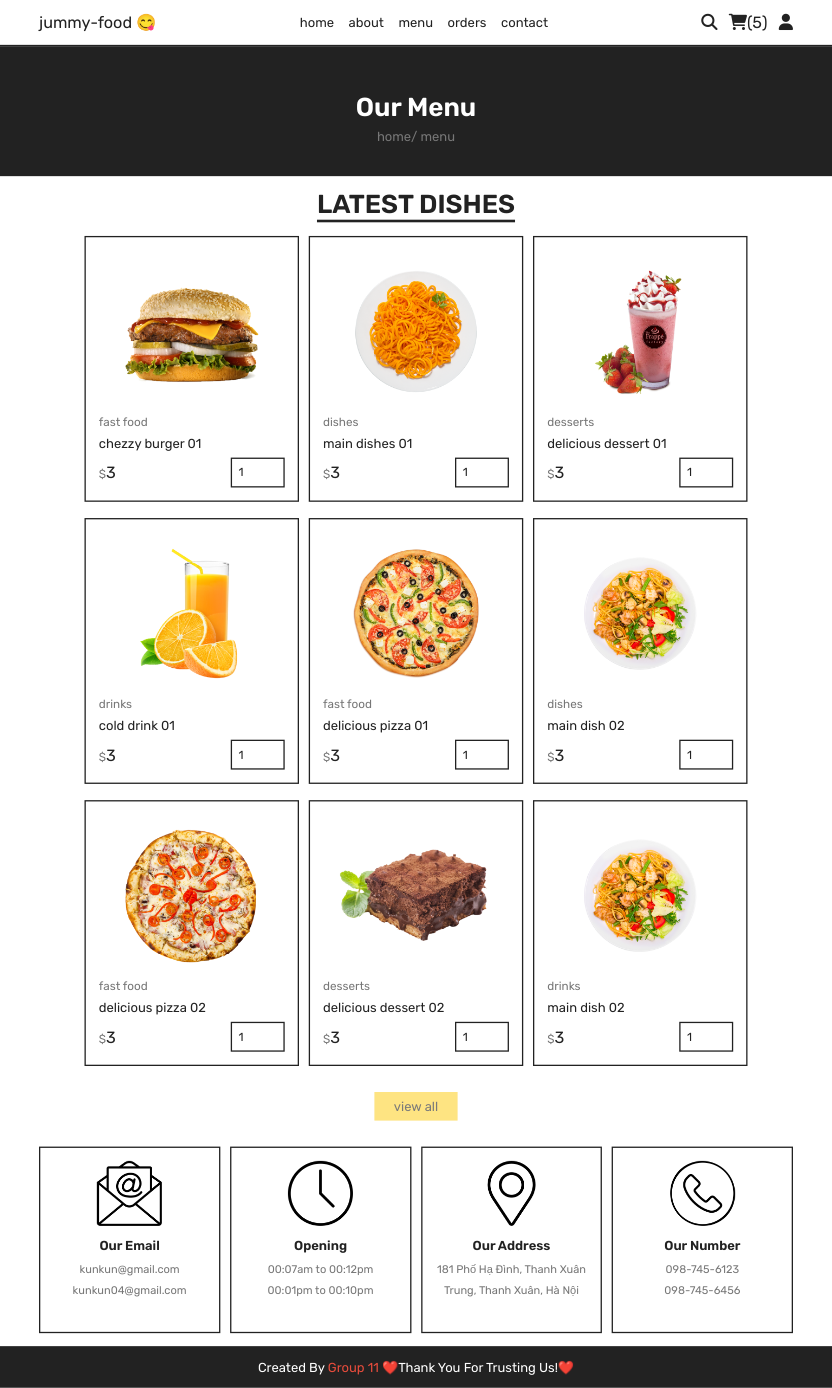
Repository: VuongLinhDinh/jummy_food
Page: menu.html
The author's editor kept a copy of each file at every save. The page is drawn from the files as they stood at one save, then again after the next save.
The browser window is 1280 px wide. The pictures show the whole page, at 65% of full size.
Some web libraries are served in a nearby version.

Above is the page before, as saved 2023-11-09 23:16:03.

### menu.html
<!DOCTYPE html>
<html lang="en">
<head>
    <meta charset="UTF-8">
    <meta name="viewport" content="width=device-width, initial-scale=1.0">
    <title>Menu</title>
    <!-- font awesome cdn link -->
    <link rel="stylesheet" href="https://cdnjs.cloudflare.com/ajax/libs/font-awesome/6.1.1/css/all.min.css">
    <!-- custom css -->
    <link rel="stylesheet" href="./css/style.css">
</head>
<body>
    <!-- header section starts  -->
    <header class="header">
        <section class="flex">
            <a href="home.html" class="logo">jummy-food 😋</a>
            <nav class="navbar">
                <a href="home.html">home</a>
                <a href="about.html">about</a>
                <a href="menu.html">menu</a>
                <a href="orders.html">orders</a>
                <a href="contact.html">contact</a>
            </nav>
            <div class="icons">
                <a href="search.html"><i class="fas fa-search"></i></a>
                <a href="cart.html"><i class="fas fa-shopping-cart"></i><span>(5)</span></a>
                <div id="user-btn" class="fas fa-user"></div>
                <div id="menu-btn" class="fas fa-bars"></div>
            </div>
            <div class="profile">
                <p class="name">Kun Aquero</p>
                <div class="flex">
                    <a href="profile.html" class="btn">profile</a>
                    <a href="#" class="delete-btn">logout</a>
                </div>
                <p class="account"><a href="login.html">login</a> or <a href="login.html">register</a></p>
            </div>
        </section>
    </header>
    <!-- header section end  -->
    <div class="heading">
        <h3>our menu</h3>
        <p><a href="home.html">home</a><span>/ menu</span></p>
    </div>
    <!-- menu section starts  -->
    <section class="products">
        <h1 class="title">latest dishes</h1>
        <div class="box-container">
            <form action="#" method="post" class="box">
                <button type="submit" class="fas fa-eye" name="quick_view"></button>
                <button type="submit" class="fas fa-shopping-cart" name="add_to_cart"></button>
                <img src="uploaded_img/burger-1.png" alt="">
                <a href="#" class="cat">fast food</a>
                <div class="name">chezzy burger 01</div>
                <div class="flex">
                    <div class="price"><span>$</span>3</div>
                    <input type="number" class="qty" name="qty" min="1" max="99" value="1"
                    onkeypress="if(this.value.length == 2) return false;">
                </div>
            </form>
            <form action="#" method="post" class="box">
                <button type="submit" class="fas fa-eye" name="quick_view"></button>
                <button type="submit" class="fas fa-shopping-cart" name="add_to_cart"></button>
                <img src="uploaded_img/dish-1.png" alt="">
                <a href="#" class="cat">dishes</a>
                <div class="name">main dishes 01</div>
                <div class="flex">
                    <div class="price"><span>$</span>3</div>
                    <input type="number" class="qty" name="qty" min="1" max="99" value="1"
                    onkeypress="if(this.value.length == 2) return false;">
                </div>
            </form>
            <form action="#" method="post" class="box">
                <button type="submit" class="fas fa-eye" name="quick_view"></button>
                <button type="submit" class="fas fa-shopping-cart" name="add_to_cart"></button>
                <img src="uploaded_img/dessert-1.png" alt="">
                <a href="#" class="cat">desserts</a>
                <div class="name">delicious dessert 01</div>
                <div class="flex">
                    <div class="price"><span>$</span>3</div>
                    <input type="number" class="qty" name="qty" min="1" max="99" value="1"
                    onkeypress="if(this.value.length == 2) return false;">
                </div>
            </form>
            <form action="#" method="post" class="box">
                <button type="submit" class="fas fa-eye" name="quick_view"></button>
                <button type="submit" class="fas fa-shopping-cart" name="add_to_cart"></button>
                <img src="uploaded_img/drink-1.png" alt="">
                <a href="#" class="cat">drinks</a>
                <div class="name">cold drink 01</div>
                <div class="flex">
                    <div class="price"><span>$</span>3</div>
                    <input type="number" class="qty" name="qty" min="1" max="99" value="1"
                    onkeypress="if(this.value.length == 2) return false;">
                </div>
            </form>
            <form action="#" method="post" class="box">
                <button type="submit" class="fas fa-eye" name="quick_view"></button>
                <button type="submit" class="fas fa-shopping-cart" name="add_to_cart"></button>
                <img src="uploaded_img/pizza-1.png" alt="">
                <a href="#" class="cat">fast food</a>
                <div class="name">delicious pizza 01</div>
                <div class="flex">
                    <div class="price"><span>$</span>3</div>
                    <input type="number" class="qty" name="qty" min="1" max="99" value="1"
                    onkeypress="if(this.value.length == 2) return false;">
                </div>
            </form>
            <form action="#" method="post" class="box">
                <button type="submit" class="fas fa-eye" name="quick_view"></button>
                <button type="submit" class="fas fa-shopping-cart" name="add_to_cart"></button>
                <img src="uploaded_img/dish-2.png" alt="">
                <a href="#" class="cat">dishes</a>
                <div class="name">main dish 02</div>
                <div class="flex">
                    <div class="price"><span>$</span>3</div>
                    <input type="number" class="qty" name="qty" min="1" max="99" value="1"
                    onkeypress="if(this.value.length == 2) return false;">
                </div>
            </form>
            <form action="#" method="post" class="box">
                <button type="submit" class="fas fa-eye" name="quick_view"></button>
                <button type="submit" class="fas fa-shopping-cart" name="add_to_cart"></button>
                <img src="uploaded_img/pizza-2.png" alt="">
                <a href="#" class="cat">fast food</a>
                <div class="name">delicious pizza 02</div>
                <div class="flex">
                    <div class="price"><span>$</span>3</div>
                    <input type="number" class="qty" name="qty" min="1" max="99" value="1"
                    onkeypress="if(this.value.length == 2) return false;">
                </div>
            </form>
            <form action="#" method="post" class="box">
                <button type="submit" class="fas fa-eye" name="quick_view"></button>
                <button type="submit" class="fas fa-shopping-cart" name="add_to_cart"></button>
                <img src="uploaded_img/dessert-2.png" alt="">
                <a href="#" class="cat">desserts</a>
                <div class="name">delicious dessert 02</div>
                <div class="flex">
                    <div class="price"><span>$</span>3</div>
                    <input type="number" class="qty" name="qty" min="1" max="99" value="1"
                    onkeypress="if(this.value.length == 2) return false;">
                </div>
            </form>
            <form action="#" method="post" class="box">
                <button type="submit" class="fas fa-eye" name="quick_view"></button>
                <button type="submit" class="fas fa-shopping-cart" name="add_to_cart"></button>
                <img src="uploaded_img/dish-2.png" alt="">
                <a href="#" class="cat">drinks</a>
                <div class="name">main dish 02</div>
                <div class="flex">
                    <div class="price"><span>$</span>3</div>
                    <input type="number" class="qty" name="qty" min="1" max="99" value="1"
                    onkeypress="if(this.value.length == 2) return false;">
                </div>
            </form>
        </div>
        <div class="more-btn">
            <a href="menu.html" class="btn">view all</a>
        </div>
    </section>
    <!-- menu section end  -->

    <!-- footer section starts  -->
    <footer class="footer">
        <section class="grid">
            <div class="box">
                <img src="images/email-icon.png" alt="">
                <h3>our email</h3>
                <a href="mailto:kunkun@gmail.com">kunkun@gmail.com</a>
                <a href="mailto:kun04@gmail.com">kunkun04@gmail.com</a>
            </div>

            <div class="box">
                <img src="images/clock-icon.png" alt="">
                <h3>opening</h3>
                <p>
                    00:07am to 00:12pm
                    00:01pm to 00:10pm
                </p>
            </div>

            <div class="box">
                <img src="images/map-icon.png" alt="">
                <h3>our address</h3>
                <a href="https://www.google.com/maps/place/181+P.+H%E1%BA%A1+%C4%90%C3%ACnh,+H%E1%BA%A1+%C4%90%C3%ACnh,+Thanh+Xu%C3%A2n,+H%C3%A0+N%E1%BB%99i,+Vi%E1%BB%87t+Nam/@20.9891313,105.8056888,17z/data=!3m1!4b1!4m5!3m4!1s0x3135ac952468595f:0xd4c0347109838030!8m2!3d20.9891263!4d105.8082691?hl=vi-VN&entry=ttu">181 Phố Hạ Đình, Thanh Xuân Trung, Thanh Xuân, Hà Nội</a>
            </div>

            <div class="box">
                <img src="images/phone-icon.png" alt="">
                <h3>our number</h3>
                <a href="tel:0987456123">098-745-6123</a>
                <a href="tel:0987456456">098-745-6456</a>
            </div>
        </section>
        <div class="credit">created by <span>group 11</span> ❤️Thank you for trusting us!❤️</div>
    </footer>
    <!-- footer section end  -->
    <!-- custom js file -->
    <script src="./js/script.js"></script>
</body>
</html>

### css/style.css
@import url('https://fonts.googleapis.com/css2?family=Nunito:wght@200;300;400;600;700&family=Rubik:wght@300;400;500;600&display=swap');
:root {
    --yellow: #fed330;
    --red: #e74c3c;
    --white: #fff;
    --black: #222;
    --light-color: #777;
    --border: .2rem solid var(--black);
}
*{
    font-family: 'Rubik', sans-serif;
    margin: 0; padding: 0;
    box-sizing: border-box;
    outline: none; border: none;
    text-decoration: none;
}
*::selection {
    background-color: var(--yellow);
    color: var(--white);
}
::-webkit-scrollbar {
    height: 0.5rem;
    width: 1rem;
}
::-webkit-scrollbar-track {
    background-color: transparent;
}
::-webkit-scrollbar-thumb {
    background-color: var(--yellow);
}
html {
    font-size:  62.5%;
    overflow-x: hidden;
    scroll-behavior: smooth;
    stop-opacity: 7rem;
}
section {
    margin: 0 auto;
    max-width: 1200px;
    padding: 2rem;
}
.title {
    text-align: center;
    margin-bottom: 2.5rem;
    font-size: 4rem;
    color: var(--black);
    text-transform: uppercase;
    text-decoration: underline;
    text-underline-offset: 1rem;
}
.heading {
    display: flex;
    align-items: center;
    justify-content: center;
    gap: 1rem;
    flex-flow: column;
    background-color: var(--black);
    min-height: 20rem;
}
.heading h3 {
    font-size: 4rem;
    color: var(--white);
    text-transform: capitalize;
    margin-top: 2rem;
}
.heading p {
    font-size: 2rem;
}
.heading p a {
    color: var(--light-color);
}
.heading p a:hover {
    text-decoration: underline;
    color: var(--yellow);
}
.heading p span {
    color: var(--light-color);
}
.btn, .delete-btn {
    margin-top: 1rem;
    display: inline-block;
    font-size: 2rem;
    padding: 1rem 3rem;
    opacity: .6;
    cursor: pointer;
}
.btn:hover, .delete-btn:hover {
    /* letter-spacing: .2rem; */
    transition:  .2s linear;
    opacity: 1;
}
.btn {
    background-color: var(--yellow);
    color: var(--black);
}
.delete-btn {
    background-color: var(--red);
    color: var(--white);
}
.header {
    position: sticky;
    top: 0; left: 0; right: 0;
    z-index: 1000;
    background-color: var(--white);
    border-bottom: var(--border);
}
.header .flex {
    display: flex;
    align-items: center;
    justify-content: space-between;
    position: relative;
}
.header .flex .logo {
    font-size: 2.5rem;
    color: var(--black);
}
.header .flex .navbar a {
    font-size: 2rem;
    color: var(--black);
    margin: 0 1rem;

}
.header .flex .navbar a:hover {
    color: var(--yellow);
    text-decoration: underline;
}
.header .flex .icons > * {
    margin-left: 1.5rem;
    font-size: 2.5rem;
    color: var(--black);
    cursor: pointer;
}
.header .flex .icons > *:hover {
    color: var(--yellow);
}
#menu-btn {
    display: none;
}
.header .flex .profile {
    background-color: var(--white);
    border: var(--border);
    padding: 1.5rem;
    text-align: center;
    position: absolute;
    top: 125%; right: 2rem;
    width: 30rem;
    display: none;
    animation: fadeIn .2s linear;
}
.header .flex .profile.active {
    display: block;
}
@keyframes fadeIn {
    0% {
        transform: translateY(1rem);
    }
}
.header .flex .profile .name {
    font-size: 2rem;
    color: var(--black);
    margin-bottom: 1rem;
}
.header .flex .profile .account {
    margin-top: 1rem;
    font-size: 2rem;
    color: var(--light-color);
}
.header .flex .profile .account a {
    color: var(--black);
}
.header .flex .profile .account a:hover {
    color: var(--yellow);
    text-decoration: underline;
}
.hero .slide {
    display: flex;
    align-items: center;
    flex-wrap: wrap-reverse;
    gap: 2rem;
    margin-bottom: 4rem;
}
.hero .slide .image {
    flex: 1 1 40rem;
}
.hero .slide .image img {
    width: 100%;
}
.hero .slide .content {
    flex: 1 1 40rem;
    text-align: center;
}
.hero .slide .content span {
    font-size: 2.5rem;
    color: var(--light-color);
}
.hero .slide .content h3 {
    margin: 1rem 0;
    font-size: 6rem;
    color: var(--black);
    text-transform: capitalize;
}
.swiper-pagination-bullet-active{
    background-color: var(--yellow);
}
.category .box-container {
    display: grid;
    grid-template-columns: repeat(auto-fit, minmax(27rem, 1fr));
    gap: 1.5rem;
    align-items: flex-start;
}
.category .box-container .box {
    border: var(--border);
    padding: 2rem;
    padding-bottom: 5rem;
    text-align: center;
}
.category .box-container .box img {
    width: 100%;
    height: 10rem;
    object-fit: contain;
}
.category .box-container .box h3 {
    font-size: 2rem;
    margin-top: 1.5rem;
    color: var(--black);
    text-transform: capitalize;
}
.category .box-container .box:hover {
    background-color: var(--black);
}
.category .box-container .box:hover img {
    filter: invert(1);
}
.category .box-container .box:hover h3 {
    color: var(--white);
}
.products .box-container {
    display: grid;
    grid-template-columns: repeat(auto-fit, 33rem);
    justify-content: center;
    align-items: flex-start;
    gap: 1.5rem;
}
.products .box-container .box {
    border: var(--border);
    padding: 2rem;
    position: relative;
    overflow: hidden;
    margin-bottom: 1rem;
}
.products .box-container .box img {
    width: 100%;
    height: 25rem;
    object-fit: contain;
}
.products .box-container .box .fa-eye,
.products .box-container .box .fa-shopping-cart {
    position: absolute;
    top: 1rem;
    height: 4.5rem; width: 4.5rem;
    line-height: 4.3rem;
    border: var(--border);
    background-color: var(--white);
    cursor: pointer;
    font-size: 2rem;
    color: var(--black);
    transition: .2s linear;
}
.products .box-container .box .fa-eye:hover,
.products .box-container .box .fa-shopping-cart:hover {
    background-color: var(--black);
    color: var(--white);
}
.products .box-container .box .fa-eye {
    left: -10rem;
}
.products .box-container .box .fa-shopping-cart {
    right: -10rem;
}
.products .box-container .box:hover .fa-eye {
    left: 1rem;
}
.products .box-container .box:hover .fa-shopping-cart {
    right: 1rem;
}
.products .box-container .box .cat {
    font-size: 1.8rem;
    color: var(--light-color);
}
.products .box-container .box .cat:hover {
    color: var(--black);
    text-decoration: underline;
}
.products .box-container .box .name {
    font-size: 2rem;
    color: var(--black);
    margin: 1rem 0;
}
.products .box-container .box .flex {
    display: flex;
    align-items: center;
    gap: 1.5rem;
    margin-top: 1rem;
}
.products .box-container .box .flex .price {
    margin-right: auto;
    font-size: 2.5rem;
    color: var(--black);
}
.products .box-container .box .flex .price span {
    color: var(--light-color);
    font-size: 1.8rem;

}
.products .box-container .box .flex .qty {
    padding: 1rem;
    border: var(--border);
    font-size: 1.8rem;
    color: var(--black);
}
.products .more-btn {
    margin-top: 2rem;
    text-align: center;
}
.about .row {
    display: flex;
    align-items: center;
    flex-wrap: wrap;
    gap: 1.5rem;
}
.about .row .image {
    flex: 1 1 40rem;
}
.about .row .image img {
    width: 100%;
}
.about .row .content {
    flex: 1 1 40rem;
    text-align: center;
}
.about .row .content h3{
    font-size: 3rem;
    color: var(--black);
    text-transform: capitalize;
    margin-bottom: 2rem;
}
.about .row .content p {
    padding: 1rem 0;
    line-height: 2;
    font-size: 1.8rem;
    color: var(--light-color);
}
.about .row .content a {
    text-transform: capitalize;

}
.steps .box-container {
    display: grid;
    grid-template-columns: repeat(auto-fit, minmax(30rem, 1fr));
    gap: 1.5rem;
    align-items: flex-start;
}
.steps .box-container .box {
    text-align: center;
    border: var(--border);
    padding: 2rem;
}
.steps .box-container .box img {
    height: 10rem;
    width: 100%;
    object-fit: contain;
}
.steps .box-container .box h3 {
    font-size: 2.3rem;
    margin: 1rem 0;
    color: var(--black);
    text-transform: capitalize;
}
.steps .box-container .box p {
    line-height: 2;
    font-size: 1.6rem;
    color: var(--light-color);
    text-transform: capitalize;
}
.reviews .slide {
    margin-bottom: 4rem;
    border: var(--border);
    padding: 2rem;
    text-align: center;
}
.reviews .slide img {
    height: 10rem;
    width: 10rem;
    margin-bottom: .5rem;
    border-radius: 50%;
}
.reviews .slide p {
    padding: 1rem 0;
    line-height: 2;
    font-size: 1.5rem;
    color: var(--light-color);
}
.reviews .slide .stars {
    display: inline-block;
    padding: 1rem 2rem;
}
.reviews .slide .stars i {
    font-size: 1.8rem;
    color: var(--yellow);
}
.reviews .slide h3 {
    font-size: 2.5rem;
    margin-top: 1.5rem;
    color: var(--black);
    text-transform: capitalize;
}






































.footer .grid {
    display: grid;
    grid-template-columns: repeat(auto-fit, minmax(27rem, 1fr));
    gap: 1.5rem;
    align-items: flex-start;
}
.footer .grid .box {
    border: var(--border);
    padding: 2rem;
    padding-bottom: 5rem;
    text-align: center;
}
.footer .grid .box img {
    height: 10rem;
    width: 100%;
    object-fit: contain;
    margin-bottom: .5rem;
}
.footer .grid .box h3 {
    margin: 1rem 0;
    font-size: 2rem;
    color: var(--black);
    text-transform: capitalize;
}
.footer .grid .box p,
.footer .grid .box a {
    display: block;
    font-size: 1.7rem;
    color: var(--light-color);
    line-height: 1.8;
}
.footer .grid .box a:hover {
    text-decoration: underline;
}
.credit {
    padding: 2rem;
    text-align: center;
    background-color: var(--black);
    color: var(--white);
    font-size: 2rem;
    text-transform: capitalize;
}
.credit span {
    color: var(--red);

}

/* media query  */
@media (max-width: 991px) {
    html {
        font-size: 55%;
    }
}
@media (max-width: 768px) {
    #menu-btn {
        display: inline-block;
    }
    .header .flex .navbar {
        position: absolute;
        top: 99%; left: 0; right: 0;
        border-top: var(--border);
        border-bottom: var(--border);
        background-color: var(--white);
        transition:  .2s linear;
        clip-path: polygon(0 0, 100% 0, 100% 0, 0 0);
    }
    .header .flex .navbar a {
        display: block;
        margin: 2rem;
    }
    .header .flex .navbar.active {
        clip-path: polygon(0 0, 100% 0, 100% 100%, 0 100%);
    }
}
@media (max-width: 450px) {
    html {
        font-size: 50%
    }
    .title {
        font-size: 3rem;
    }
    .header .flex .logo {
        font-size: 2rem;
    }
    .hero .slide .content h3 {
        font-size: 5rem;
    }

}

### js/script.js
navbar = document.querySelector('.header .flex .navbar');
document.querySelector('#menu-btn').onclick = () => {
    navbar.classList.toggle('active');
    profile.classList.remove('active');
}
profile = document.querySelector('.header .flex .profile');
document.querySelector('#user-btn').onclick = () => {
    profile.classList.toggle('active');
    navbar.classList.remove('active');
}
window.onscroll = () => {
    navbar.classList.remove('active');
    profile.classList.remove('active');
}

After the next save:
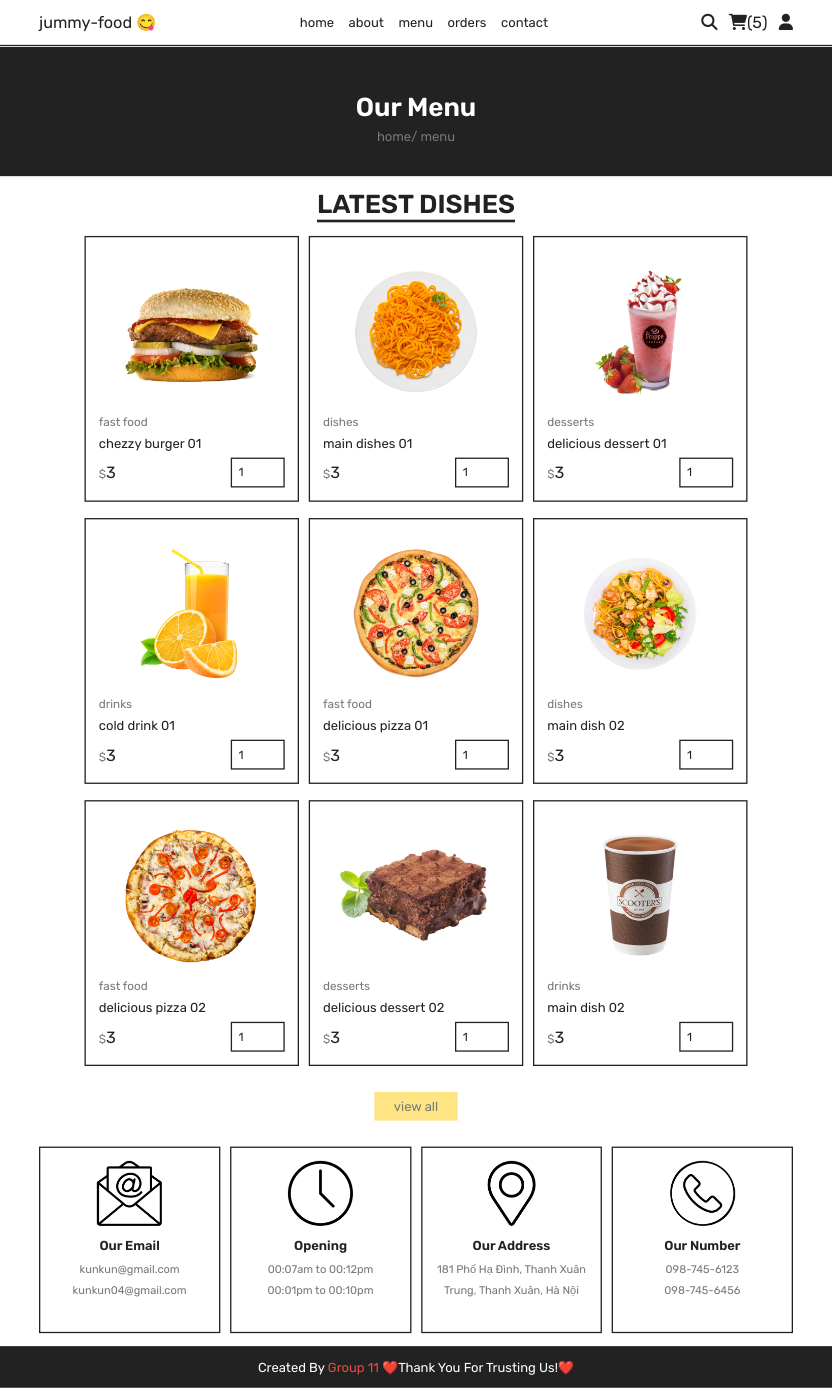
Saved 9 s later.
--- a/menu.html
+++ b/menu.html
@@ -145,7 +145,7 @@
             <form action="#" method="post" class="box">
                 <button type="submit" class="fas fa-eye" name="quick_view"></button>
                 <button type="submit" class="fas fa-shopping-cart" name="add_to_cart"></button>
-                <img src="uploaded_img/dish-2.png" alt="">
+                <img src="uploaded_img/drink-2.png" alt="">
                 <a href="#" class="cat">drinks</a>
                 <div class="name">main dish 02</div>
                 <div class="flex">
